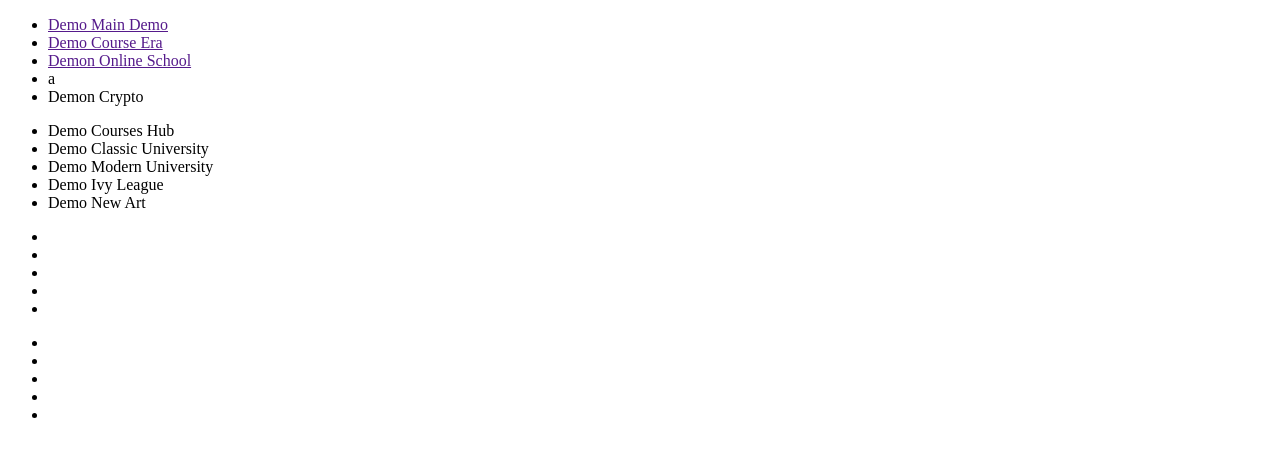
Repository: ibrkhalil/EduWebsite
Page: test.html
The author's editor kept a copy of each file at every save. The page is drawn from the files as they stood at one save, then again after a run of saves.
The browser window is 1280 px wide. The pictures show the whole page.

Above is the page before, as saved 2020-11-18 15:03:21.

### test.html
<!DOCTYPE html>
<html lang="en">
<head>
    <meta charset="UTF-8">
    <meta name="viewport" content="width=device-width, initial-scale=1.0">
    <title>Document</title>
</head>
<body>
    <ul>
        <li><a href="">Demo Main Demo</a></li>
        <li><a href="">Demo Course Era</a></li>
        <li><a href="">Demon Online School</a></li>
        <li>a</li>
        <li>Demon Crypto</li>
    </ul>
    <ul>
        <li>Demo Courses Hub</li>
        <li>Demo Classic University</li>
        <li>Demo Modern University</li>
        <li>Demo Ivy League</li>
        <li>Demo New Art</li>
    </ul>
    <ul>
        <li></li>
        <li></li>
        <li></li>
        <li></li>
        <li></li>
    </ul>
    <ul>
        <li></li>
        <li></li>
        <li></li>
        <li></li>
        <li></li>
    </ul>
</body>
</html>

After the next 4 saves:
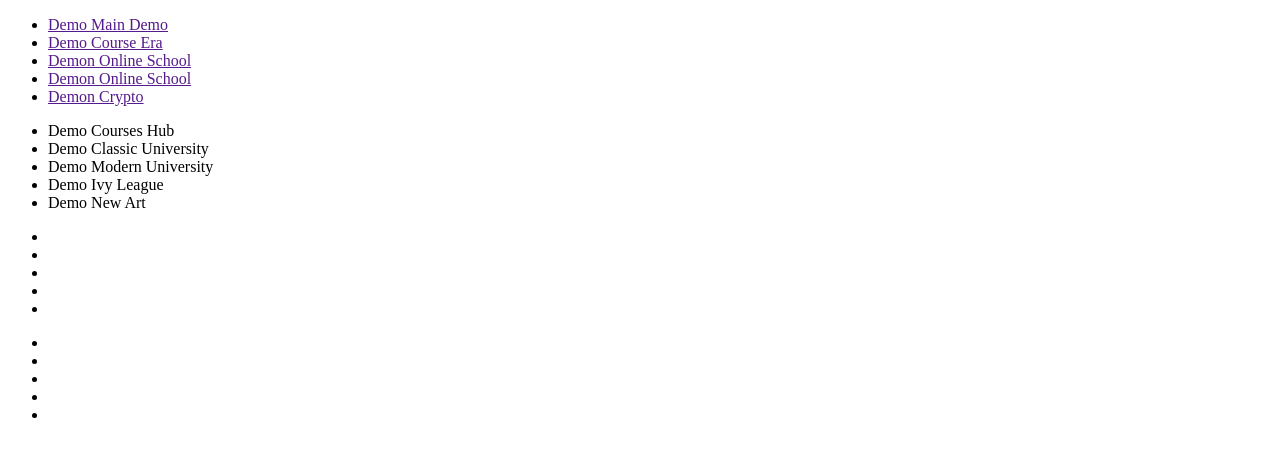
The 4 saves are shown as one change because they came seconds apart.
The last was saved 10 s later.
--- a/test.html
+++ b/test.html
@@ -10,8 +10,8 @@
         <li><a href="">Demo Main Demo</a></li>
         <li><a href="">Demo Course Era</a></li>
         <li><a href="">Demon Online School</a></li>
-        <li>a</li>
-        <li>Demon Crypto</li>
+        <li><a href="">Demon Online School</a></li>
+        <li><a href="">Demon Crypto</a></li>
     </ul>
     <ul>
         <li>Demo Courses Hub</li>
